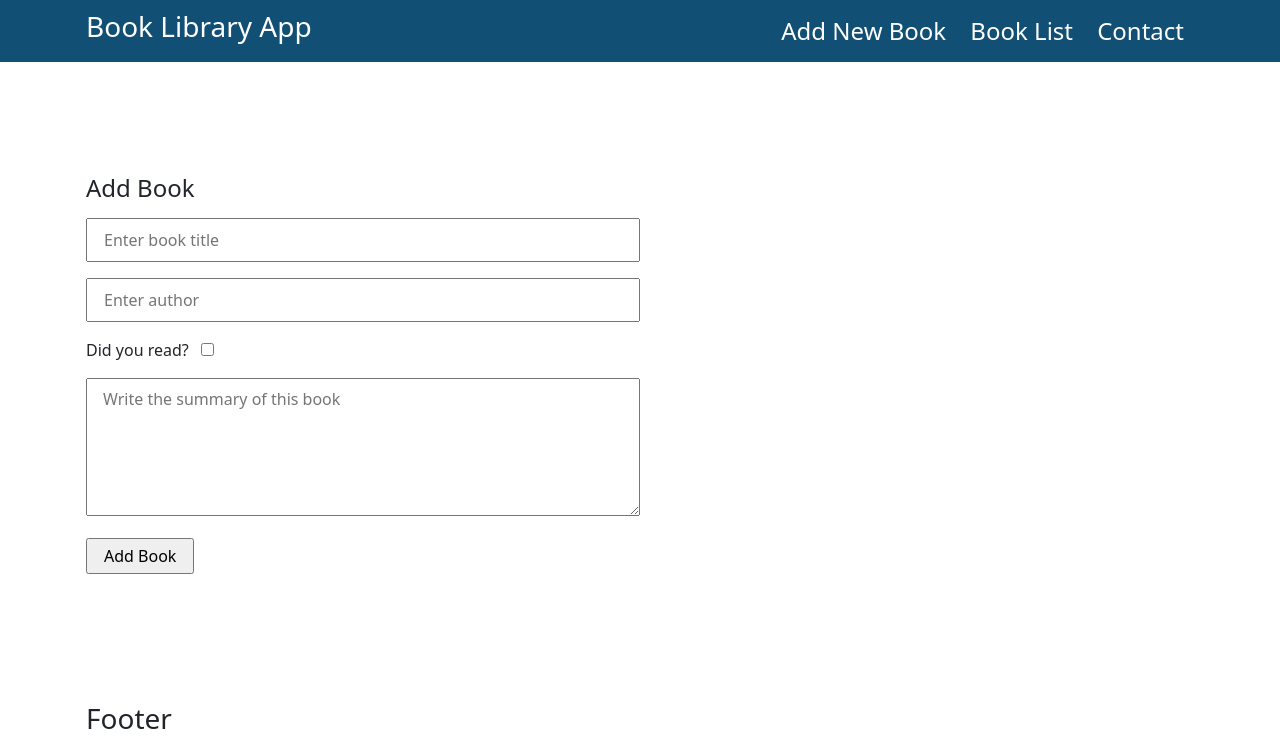
Repository: just-mann/booklibrary-app
Page: http://localhost/
The author's editor kept a copy of each file at every save. The page is drawn from the files as they stood at one save, then again after the next save.
The browser window is 1280 px wide. The pictures show the whole page.
The page is served by the project's Node server (app.js).

Above is the page before, as saved 2021-06-06 03:45:20.

After the next save:
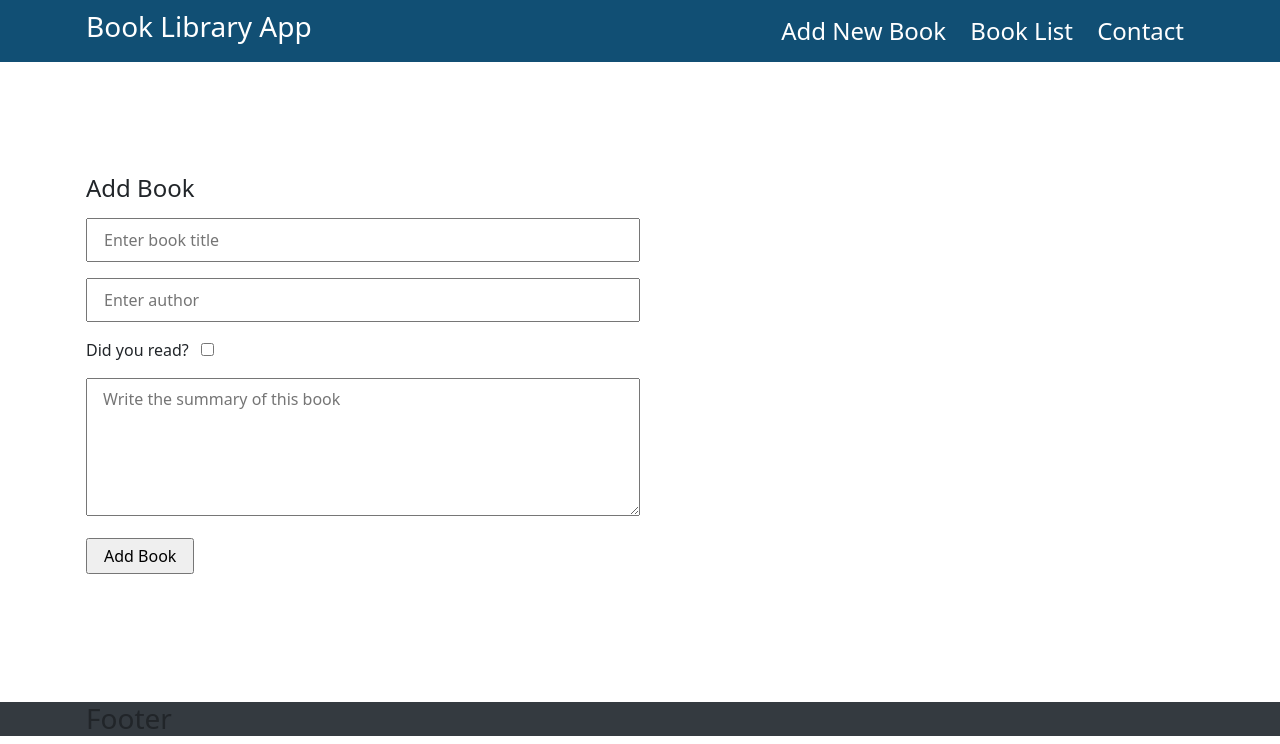
Saved 2 min 46 s later.
--- a/views/partials/Footer.ejs
+++ b/views/partials/Footer.ejs
@@ -1,4 +1,4 @@
-<footer>
+<footer class="bg-dark">
     <script src="https://ajax.googleapis.com/ajax/libs/jquery/3.5.1/jquery.min.js"></script>
     <script src="/script.js"></script>
     <div class="container">
